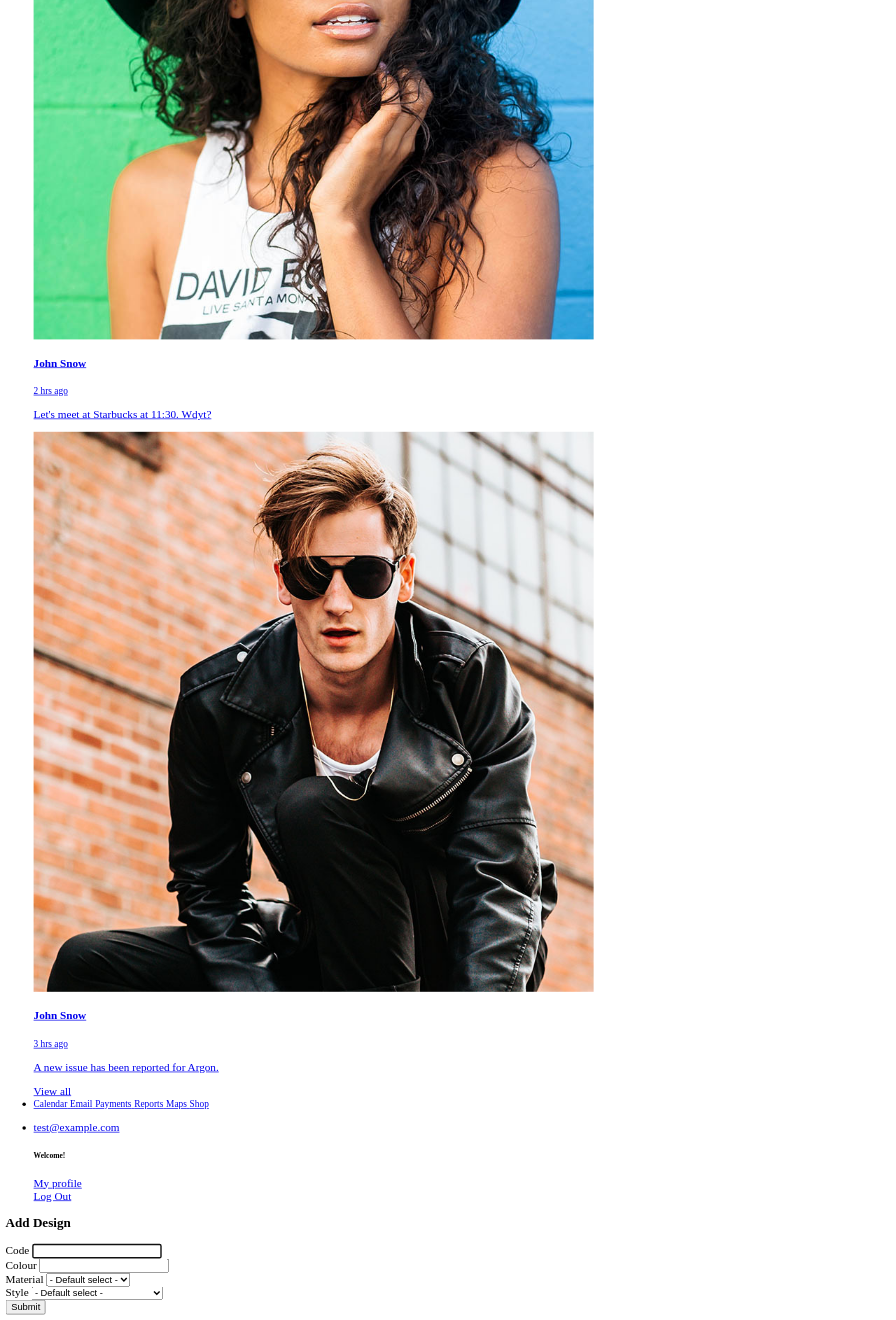
Repository: amirulaizat2004/tailorsystem-internship
Page: resources/views/design/create.blade.php
The author's editor kept a copy of each file at every save. The page is drawn from the files as they stood at one save, then again after the next save.
The browser window is 1280 px wide. The pictures show the part of the page from y = 3617 to 5537 px (the page is 5503 px tall before and 5537 px after), at 70% of full size.
The page is served by the project's Laravel application, run on PHP 8.4 with Laravel 8. A made-up administrator, Test User (test@example.com), is signed in. The template is opened directly, without the code that normally fills it, so the values that code supplies are empty.

Above is the page before, as saved 2021-10-27 13:04:55.

After the next save:
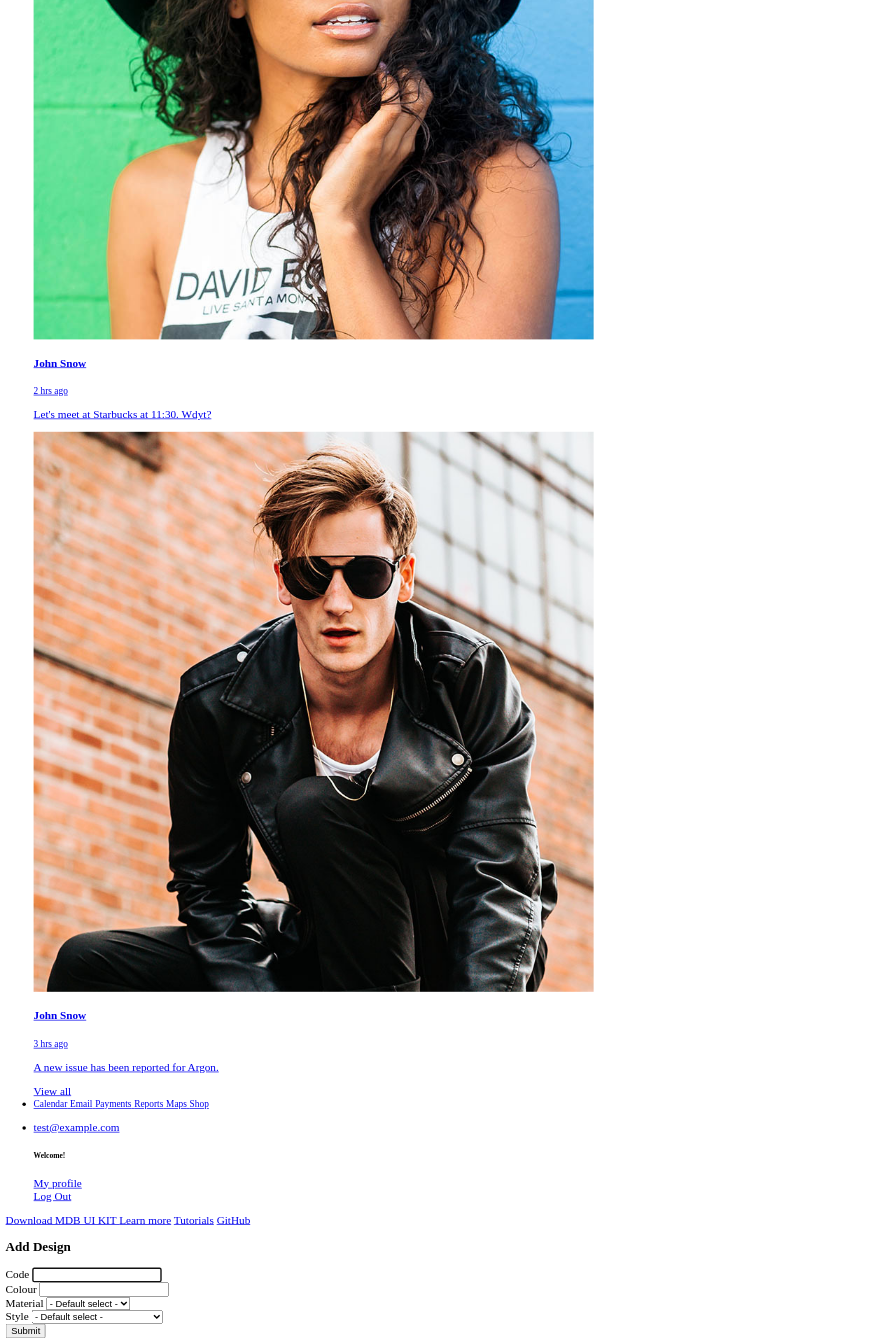
Saved 73 s later.
--- a/resources/views/design/create.blade.php
+++ b/resources/views/design/create.blade.php
@@ -2,6 +2,11 @@
 
 
 @section('content')
+
+<a class="btn btn-primary me-2" href="https://mdbootstrap.com/docs/standard/getting-started/installation/" target="_blank" role="button">Download MDB UI KIT <i class="fas fa-download ms-2"></i></a>
+<a class="btn btn-danger me-2" target="_blank" href="https://mdbootstrap.com/docs/standard/" role="button">Learn more</a>
+<a class="btn btn-success me-2" target="_blank" href="https://mdbootstrap.com/docs/standard/getting-started/" role="button">Tutorials</a>
+<a class="btn btn-dark me-2" target="_blank" href="https://github.com/mdbootstrap/mdb-ui-kit" role="button">GitHub <i class="fab fa-github ms-2"></i></a>
 
 <div class="card">
 
